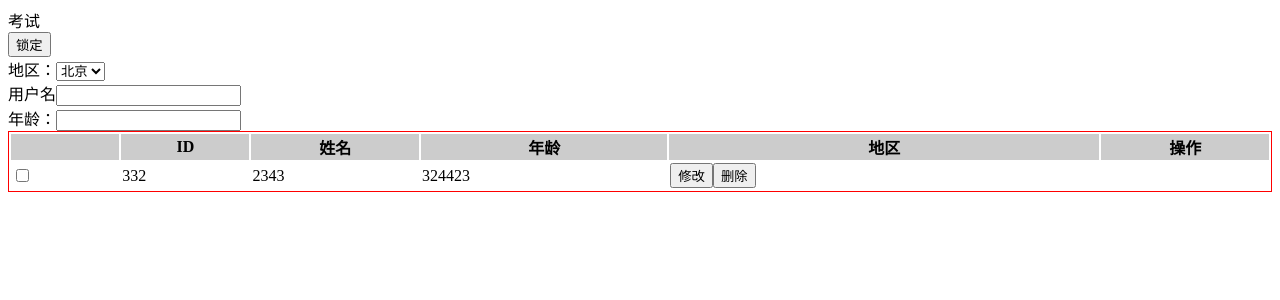
Repository: Sjl-2114/2006z
Page: / (app in A卷/vue-kaoshi/)
The author's editor kept a copy of each file at every save. The page is drawn from the files as they stood at one save, then again after a run of saves.
The browser window is 1280 px wide. The pictures show the whole page.
The project was rebuilt for these pictures with package versions that can differ from the ones it lists, and the page was loaded fresh each time.

Above is the page before, as saved 2021-04-28 16:00:44.

After the next 4 saves:
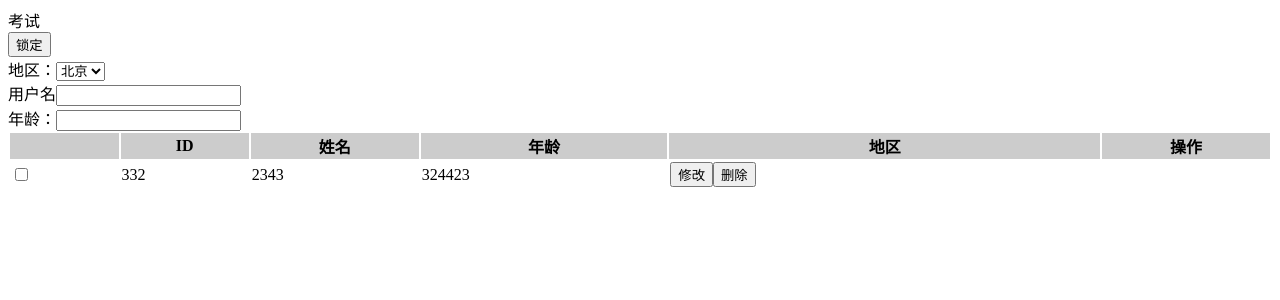
The 4 saves are shown as one change because they came seconds apart.
The last was saved 12 s later.
--- a/A卷/vue-kaoshi/src/App.vue
+++ b/A卷/vue-kaoshi/src/App.vue
@@ -67,7 +67,7 @@ export default {
 </script>
 <style>
   .table{
-    align-content: c;
+    align
     border: 1px solid red;
   }
   thead{
